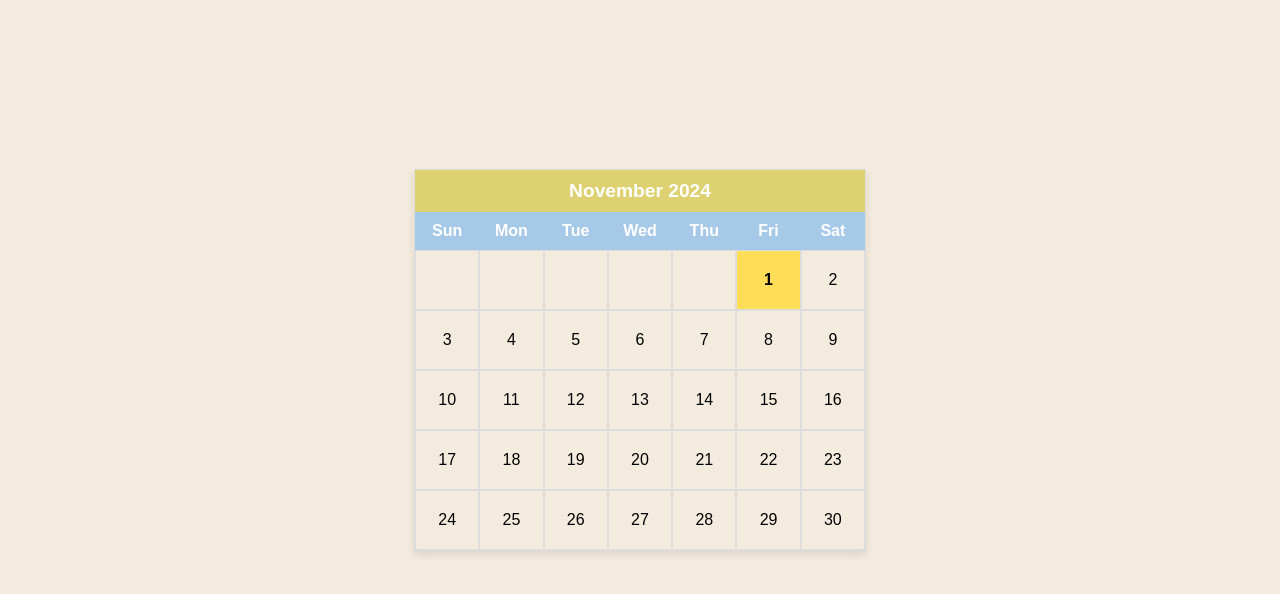
Repository: carrascokarencb37-afk/Nuura
Page: html/calendario.html
The author's editor kept a copy of each file at every save. The page is drawn from the files as they stood at one save, then again after a run of saves.
The browser window is 1280 px wide. The pictures show the whole page.

Above is the page before, as saved 2026-05-28 23:31:32.

### html/calendario.html
<!DOCTYPE html>
<html lang="en">
<head>
    <meta charset="UTF-8">
    <meta name="viewport" content="width=device-width, initial-scale=1.0">
    <title>Simple HTML Calendar - November 2024</title>
    <link rel="stylesheet" href="../css/cale.css">
</head>
<body>
    <!-- Calendar Container -->
    <div class="calendar">
        <!-- Month and Year Header -->
        <div class="calendar-header">November 2024</div>

        <!-- Days of the Week -->
        <div class="calendar-days">
            <div>Sun</div>
            <div>Mon</div>
            <div>Tue</div>
            <div>Wed</div>
            <div>Thu</div>
            <div>Fri</div>
            <div>Sat</div>
        </div>

        <!-- Calendar Dates -->
        <div class="calendar-dates">
            <!-- Blank spaces for days before the month starts on Friday -->
            <div></div>
            <div></div>
            <div></div>
            <div></div>
            <div></div>
            <div class="today">1</div>
            <div>2</div>
            <div>3</div>
            <div>4</div>
            <div>5</div>
            <div>6</div>
            <div>7</div>
            <div>8</div>
            <div>9</div>
            <div>10</div>
            <div>11</div>
            <div>12</div>
            <div>13</div>
            <div>14</div>
            <div>15</div>
            <div>16</div>
            <div>17</div>
            <div>18</div>
            <div>19</div>
            <div>20</div>
            <div>21</div>
            <div>22</div>
            <div>23</div>
            <div>24</div>
            <div>25</div>
            <div>26</div>
            <div>27</div>
            <div>28</div>
            <div>29</div>
            <div>30</div>
</body>
</html>

### css/cale.css

        /* Basic page styling */
        body {
            font-family: Arial, sans-serif;
            display: flex;
            justify-content: center;
            align-items: center;
            min-height: 100vh;
            background-color: #f3ecde;
            margin: 0;
        }

        /* Calendar container */
        .calendar {
            width: 450px;
            border: 1px solid #ddd;
            box-shadow: 0 4px 8px rgba(0, 0, 0, 0.1);
        }

        /* Calendar header styling */
        .calendar-header {
            text-align: center;
            background-color: #ddd06cf1;
            color: white;
            padding: 10px;
            font-size: 1.2em;
            font-weight: bold;
        }

        /* Days of the week styling */
        .calendar-days {
            display: grid;
            grid-template-columns: repeat(7, 1fr);
            background-color:#a3c7e9f1;
            color: white;
        }

        .calendar-days div {
            padding: 10px;
            text-align: center;
            font-weight: bold;
        }

        /* Date cells styling */
        .calendar-dates {
            display: grid;
            grid-template-columns: repeat(7, 1fr);
        }

        .calendar-dates div {
            padding: 20px;
            text-align: center;
            border: 1px solid #ddd;
        }

        /* Highlight today */
        .today {
            background-color: #ffdd57;
            font-weight: bold;
        }

After the next 2 saves:
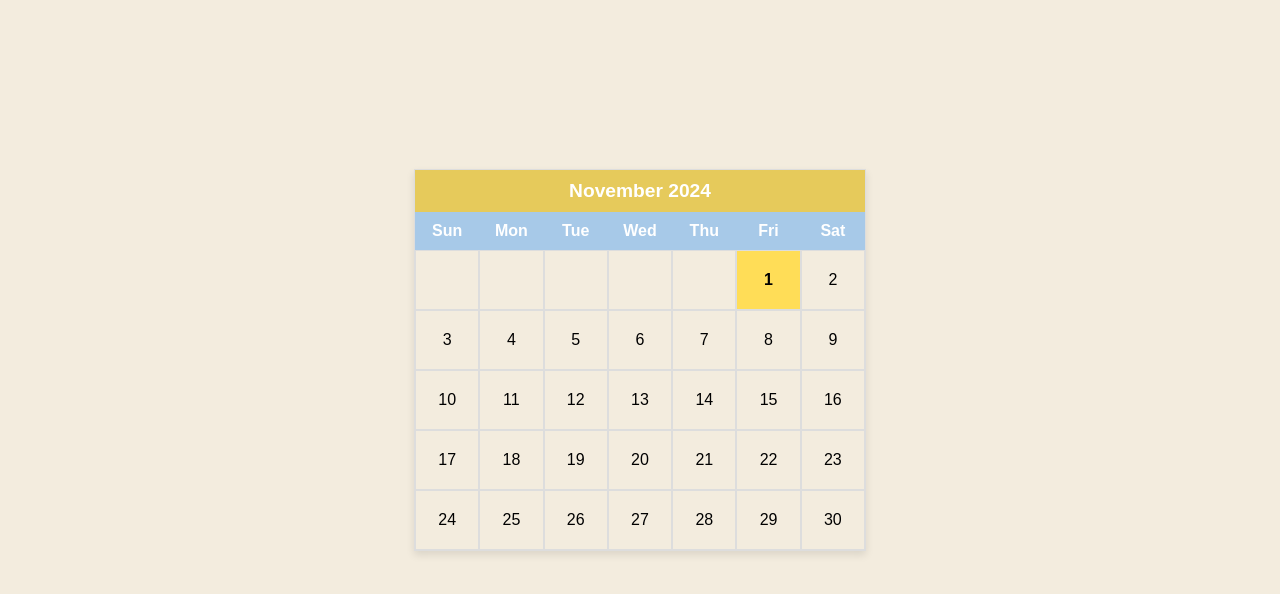
The 2 saves are shown as one change because they came seconds apart.
The last was saved 7 s later.
--- a/css/cale.css
+++ b/css/cale.css
@@ -20,7 +20,7 @@
         /* Calendar header styling */
         .calendar-header {
             text-align: center;
-            background-color: #ddd06cf1;
+            background-color: #e6c854f1;
             color: white;
             padding: 10px;
             font-size: 1.2em;
